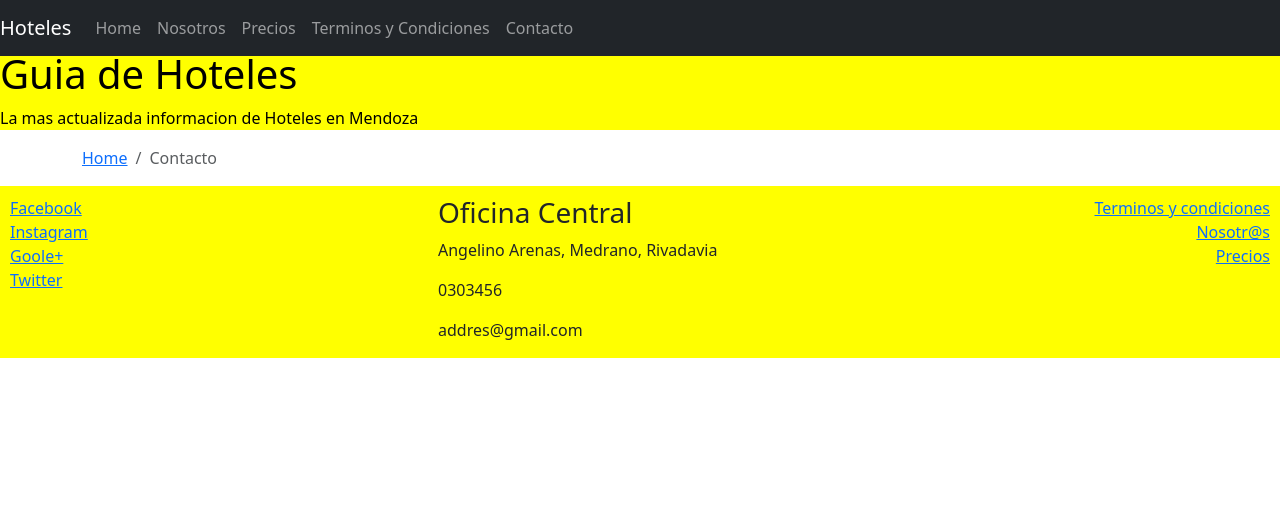
Repository: JulianMoralesSantoni/PaginaHoteles
Page: contacto.html
The author's editor kept a copy of each file at every save. The page is drawn from the files as they stood at one save, then again after the next save.
The browser window is 1280 px wide. The page is 1282 px wide, so the pictures cover 1282 px, including what lies to the right of the window. The pictures show the whole page.
Some web libraries are served in a nearby version.

Above is the page before, as saved 2021-03-28 17:56:42.

### contacto.html
<!doctype html>
<html lang="en">
  <head>
    <!-- Required meta tags -->
    <meta charset="utf-8">
    <meta name="viewport" content="width=device-width, initial-scale=1, shrink-to-fit=no">

    <!-- Bootstrap CSS -->
    <link rel="stylesheet" href="node_modules/bootstrap/dist/css/bootstrap.min.css" >
    <link rel="stylesheet" href="css/main.css" >

    <title>Guia de Hoteles</title>
  </head>
  <body>
    <nav class="navbar navbar-expand-md navbar-dark bg-dark fixed-top" >
      <a class="navbar-brand" href="#">Hoteles</a>
      <button class="navbar-toggler" type="button" data-toggle="collapse" data-target="#navbarNav" aria-controls="navbarNav" aria-expanded="false" aria-label="Toggle navigation">
        <span class="navbar-toggler-icon"></span>
      </button>
      <div class="collapse navbar-collapse" id="navbarNav">
        <ul class="navbar-nav">
          <li class="nav-item">
            <a class="nav-link" href="./index.html">Home </a>
          </li>
          <li class="nav-item">
            <a class="nav-link" href="./about.html">Nosotros</a>
          </li>
          <li class="nav-item">
            <a class="nav-link" href="#">Precios</a>
          </li>
          <li class="nav-item">
            <a class="nav-link" href="#">Terminos y Condiciones</a>
          </li>
          <li class="nav-item active">
            <a class="nav-link" href="./contacto.html">Contacto</a>
          </li>

        </ul>
      </div>
    </nav>
    <div class="jumbotron">
      <h1>Guia de Hoteles</h1>

      <p>La mas actualizada informacion de Hoteles en Mendoza</p>
    </div>

    <div class="container">
      <nav aria-label="breadcrumb">
        <ol class="breadcrumb">
          <li class="breadcrumb-item"><a href="./index.html">Home</a></li>
          <li class="breadcrumb-item active" aria-current="page">Contacto</li>
        </ol>
      </nav>


      <form action=""></form>

  </div>

 <footer>
   <div class="row">
     <div class="col-sm-4 d-flex flex-column ">
      <a href="http:www.facebook.com">Facebook</a>
      <a href="http:www.instagram">Instagram</a>
      <a href="http:www.google.com">Goole+</a>
      <a href="http:www.Twitter.com">Twitter</a>
     </div>
   <div class="col-sm-4">
    <address>
      <h3>Oficina Central</h3>
      <p>Angelino Arenas, Medrano, Rivadavia</p>
      <p>0303456</p>
      <p>addres@gmail.com</p>


    </address>
  </div>
  <div class="col-sm-4 d-flex flex-column align-items-end">
     <a href="http:www.facebook.com">Terminos y condiciones</a>
      <a href="http:www.instagram">Nosotr@s</a>
      <a href="http:www.google.com">Precios</a>



  </div>


 </footer>


    <!-- Optional JavaScript -->
    <!-- jQuery first, then Popper.js, then Bootstrap JS -->
 <!--<script src="node_modules/jquery/dist/jquery.min.js" integrity="sha384-DfXdz2htPH0lsSSs5nCTpuj/zy4C+OGpamoFVy38MVBnE+IbbVYUew+OrCXaRkfj" crossorigin="anonymous"></script>
    <script src="node_modules/popper.js/dist/popper.min.js" integrity="sha384-9/reFTGAW83EW2RDu2S0VKaIzap3H66lZH81PoYlFhbGU+6BZp6G7niu735Sk7lN" crossorigin="anonymous"></script>
    <script src="node_modules/bootstrap/dist/js/bootstrap.min.js" integrity="sha384-B4gt1jrGC7Jh4AgTPSdUtOBvfO8shuf57BaghqFfPlYxofvL8/KUEfYiJOMMV+rV" crossorigin="anonymous"></script> -->
    <script src="https://code.jquery.com/jquery-3.5.1.slim.min.js" integrity="sha384-DfXdz2htPH0lsSSs5nCTpuj/zy4C+OGpamoFVy38MVBnE+IbbVYUew+OrCXaRkfj" crossorigin="anonymous"></script>
<script src="https://cdn.jsdelivr.net/npm/bootstrap@4.5.3/dist/js/bootstrap.bundle.min.js" integrity="sha384-ho+j7jyWK8fNQe+A12Hb8AhRq26LrZ/JpcUGGOn+Y7RsweNrtN/tE3MoK7ZeZDyx" crossorigin="anonymous"></script>
  </body>
</html>

### css/main.css
.jumbotron{

	background-color: yellow;
	color:black;
	margin-top: 50px;

}


footer{
	padding: 10px 10px 0 10px;
	background-color: yellow;

	margin-bottom: : 0px;
	margin-top: 10px;

}
.card-hotel{
	flex: 1 150px;
	padding: 2px 5px 2px 5px;

}
.btn-reserva{
	width: 100%;
	position: all;


}
.footer-address-icon{

	padding-right: 20px;
}

After the next save:
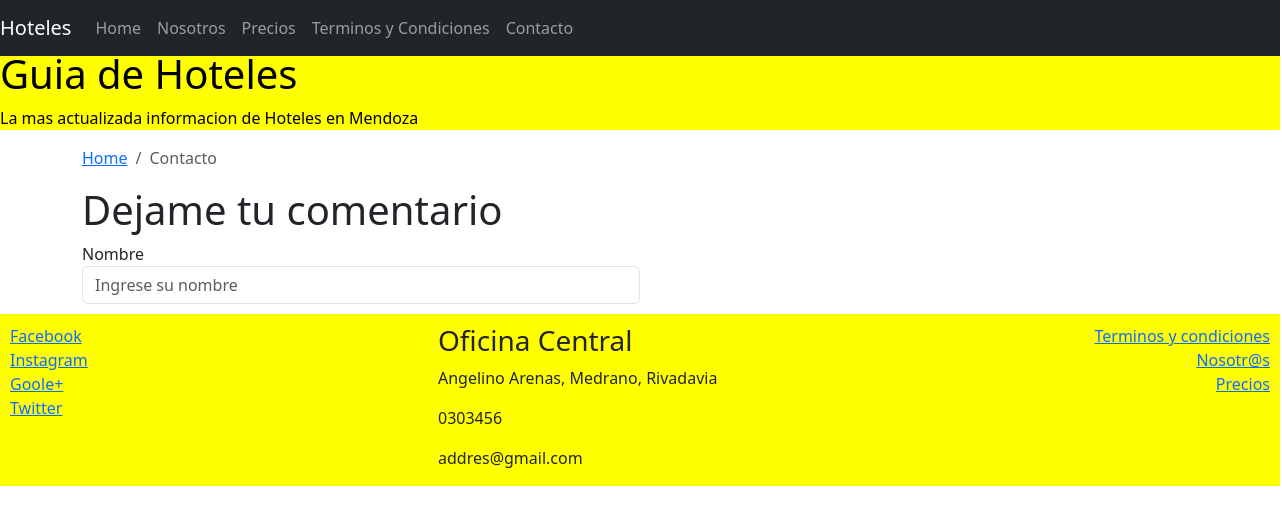
Saved 21 min 24 s later.
--- a/contacto.html
+++ b/contacto.html
@@ -51,9 +51,18 @@
           <li class="breadcrumb-item active" aria-current="page">Contacto</li>
         </ol>
       </nav>
+      <h1>Dejame tu comentario</h1>
+      <form>
+        <div class="form-row">
+          <div class="form-group col-sm-6">
+            <label for="nombre">Nombre</label>
+            <input type="text" class="form-control" id="nombre" placeholder="Ingrese su nombre">
 
+          </div>
+          <div class="form-group col-sm-6"></div>
+        </div>
 
-      <form action=""></form>
+      </form>
 
   </div>
 
